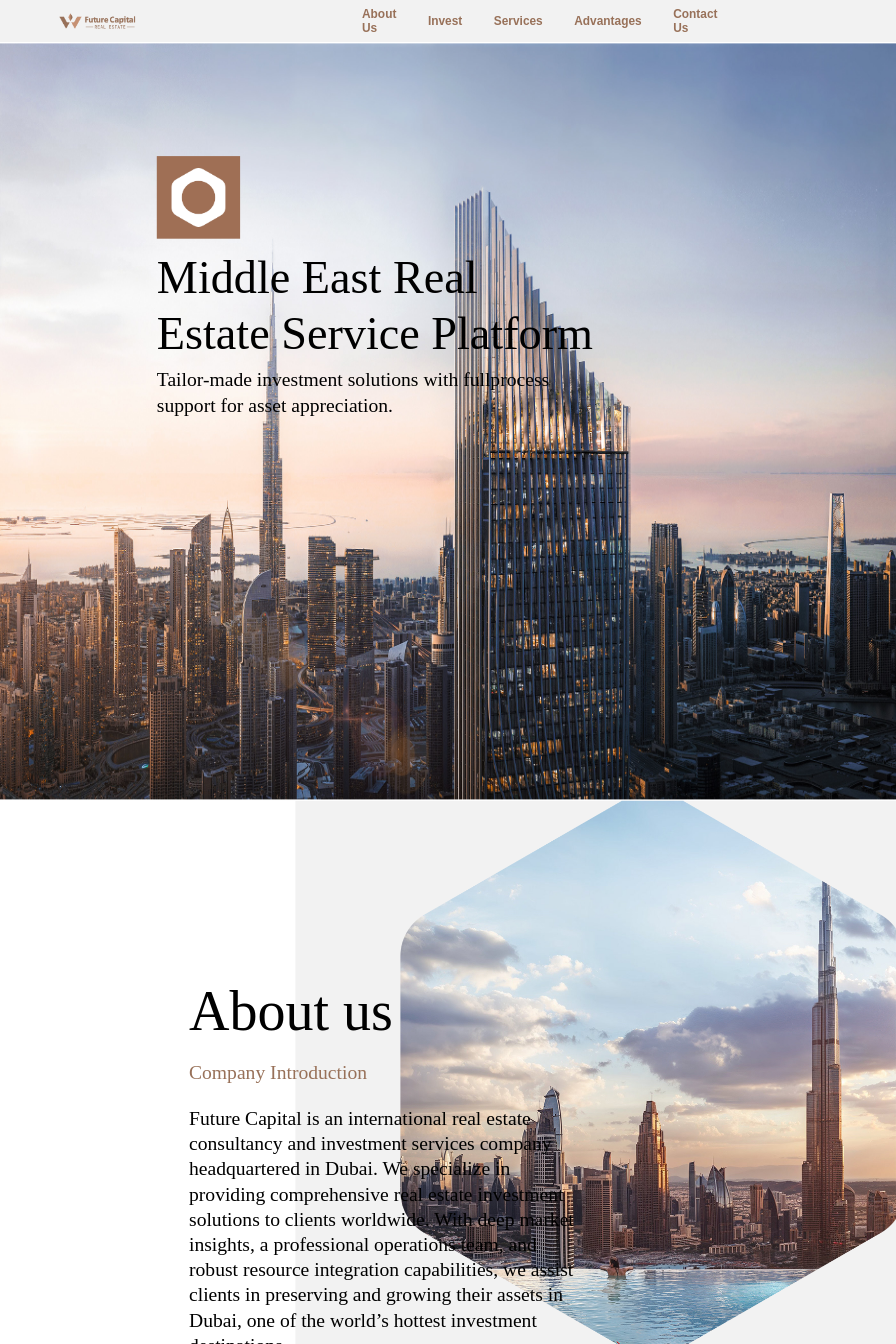
Repository: hcliu987/FutureCapital
Page: /
The author's editor kept a copy of each file at every save. The page is drawn from the files as they stood at one save, then again after the next save.
The browser window is 1280 px wide. The pictures show the part of the page from y = 0 to 1920 px (the page is 8610 px tall), at 70% of full size.
The project was rebuilt for these pictures with package versions that can differ from the ones it lists, and the page was loaded fresh each time. Also part of the build but not shown: vue.config.js.

Above is the page before, as saved 2025-01-18 14:05:38.

### src/App.vue
<template>
  <homePage />
</template>

<script setup>
import homePage from "./components/homePage.vue";
</script>

<style>
html,
body {
  margin: 0;
}
</style>

### src/components/homePage.vue
<template>
  <div class="homePage">
    <div class="nav">
      <div class="left">
        <img class="toplogo" src="@/assets/logo.png" />
      </div>
      <div class="right">
        <div><a href="#aboutUs">About Us</a></div>
        <div><a href="#invest">Invest</a></div>
        <div><a href="#services">Services</a></div>
        <div><a href="#advantages">Advantages</a></div>
        <div><a href="#contactUs">Contact Us</a></div>
      </div>
    </div>
    <div class="aboutUs" id="aboutUs">
      <img class="img_bg" src="@/assets/aboutUs_bg1.jpg" />
      <img class="logo" src="@/assets/aboutUs_logo.png" />
      <div class="title">Middle East Real</div>
      <div class="title">Estate Service Platform</div>
      <div class="subInfo m1">
        Tailor-made investment solutions with fullprocess
      </div>
      <div class="subInfo">support for asset appreciation.</div>
    </div>
    <div class="aboutUs2">
      <div class="left"></div>
      <div class="right">
        <img src="@/assets/aboutUs_bg2.png" />
      </div>
      <div class="con_txt">
        <div class="title">About us</div>
        <div class="subtitle">Company Introduction</div>
        <div class="intro">
          Future Capital is an international real estate consultancy and
          investment services company headquartered in Dubai. We specialize in
          providing comprehensive real estate investment solutions to clients
          worldwide. With deep market insights, a professional operations team,
          and robust resource integration capabilities, we assist clients in
          preserving and growing their assets in Dubai, one of the world’s
          hottest investment destinations.
        </div>
      </div>
    </div>
    <div class="aboutUs3">
      <div class="left">
        <img src="@/assets/aboutUs_bg3.png" />
      </div>
      <div class="right"></div>
      <div class="con_txt">
        <div class="title">Company Vision</div>
        <div class="line"></div>
        <div class="info">
          Whether you are looking for an ideal home or exploring high-yield
          investment opportunities, Future Capital is committed to a
          customer-first philosophy. <br /><br />
          We deliver tailored investment support through exceptional service
          quality and forward-thinking market analysis, ensuring a personalized
          experience for every client.
        </div>
      </div>
    </div>
    <div class="invest" id="invest">
      <div class="top">
        <div class="title">New Opportunities</div>
        <div class="title">for Global Asset Allocation</div>
        <div class="line"></div>
      </div>
      <div class="bottom">
        <div class="row">
          <div class="item">
            <div class="pre">0%</div>
            <div class="text">
              Tax Incentives: Zero personal income tax.Zero capital gains tax.
            </div>
          </div>
          <div class="item">
            <div class="pre">6%-8%</div>
            <div class="text">
              Leading Investment Returns:The real estate market offers an
              average annual rental yield of 6%-8%.
            </div>
          </div>
          <div class="item">
            <div class="pre">12%</div>
            <div class="text">
              High-End Residential Growth:Luxury residential projects boast an
              annual sales growth rate exceeding 12%.
            </div>
          </div>
        </div>
        <div class="row">
          <div class="item">
            <div class="pre">100%</div>
            <div class="text">
              Non-UAE investors can achieve 100% foreign ownership.
            </div>
          </div>
          <div class="item">
            <div class="pre">80%</div>
            <div class="text">
              Over 80% of the population in Dubai consists of expatriates,
              leading to steadily growing housing demand.
            </div>
          </div>
          <div class="item">
            <div class="pre">60%</div>
            <div class="text">
              Located at the intersection of Europe, Asia, and Africa, 60% of
              global markets are within an 8-hour flight radius.
            </div>
          </div>
        </div>
        <div class="btext m1">
          Dubai, as a world-leading international metropolis, serves not only as
          the economic and trade hub of
        </div>
        <div class="btext">
          the Middle East but also as a focal point for global investors.
        </div>
      </div>
    </div>
    <div class="services" id="services">
      <div class="top">
        <div class="line"></div>
        <div class="item">
          <div class="title">Our Services</div>
          <div>
            Assist the rental of of primary and secondary commercial/residential
            properties.
          </div>
          <div>
            Assist the rental of of primary and secondary commercial/residential
            properties.
          </div>
        </div>
      </div>
      <div class="imgs">
        <img class="img1" src="@/assets/services_bg1.png" />
        <img class="img2" src="@/assets/services_bg2.png" />
      </div>
    </div>
    <div class="advantages1" id="advantages">
      <img src="@/assets/advantages_bg1.jpg" />
      <div class="title">Our Advantages</div>
    </div>
    <div class="advantages2">
      <div class="top">
        <div class="item">
          <div class="title">Company Introduction</div>
          <div class="info">
            A professional real estate consultancy team offering accurate market
            analysis and expert advice.
          </div>
        </div>
        <div class="item h1">
          <div class="title">High-End Resource Integration</div>
          <div class="info">
            Collaborating with Dubai’s top developers, such as EMAAR, Nakheel,
            and DAMAC, to provide exclusive properties and premium resources.
          </div>
        </div>
        <div class="item h1">
          <div class="title">Customer First</div>
          <div class="info">
            Placing client needs at the core, delivering full process,
            comprehensive support from property selection to investment
            implementation.
          </div>
        </div>
        <div class="item">
          <div class="title">Global Perspective</div>
          <div class="info">
            Serving clients worldwide, including investors from China, the UK,
            India, Europe, and Gulf countries.
          </div>
        </div>
      </div>
      <div class="img">
        <img src="@/assets/advantages_bg2.png" />
      </div>
    </div>
    <div class="contact" id="contactUs">
      <div class="left">
        <img src="@/assets/contact_bg2.png" />
      </div>
      <div class="right">
        <img src="@/assets/contact_bg1.png" />
      </div>
      <div class="content">
        <div class="title">
          <img src="@/assets/aboutUs_logo.png" />
          <div class="text">Contact US</div>
        </div>
        <div class="info">
          Thank you for your interest and trust in us! For more information
          about our projects or to discuss any inquiries and collaboration
          opportunities, feel free to reach out to our professional team. You
          can contact us through the following channels, and we look forward to
          providing you with the best service.
        </div>
        <div class="detail">
          <div class="key">Phone</div>
          <div class="value">+971 50 350 8883</div>
        </div>
        <div class="detail">
          <div class="key">Email</div>
          <div class="value">michael@futurecapital.ae</div>
        </div>
        <div class="detail">
          <div class="key">Address</div>
          <div class="value">
            3rd Floor Westburry Tower, Al Abraj Street Business Bay, Dubai
          </div>
        </div>
        <div class="end">
          We look forward to working with you to build a better future !
        </div>
      </div>
    </div>
  </div>
</template>

<script setup>
</script>


<style scoped>
.homePage {
  max-width: 1920px;
}
.nav {
  height: 60px;
  background: #f2f2f2;
  display: flex;
  align-items: center;
  justify-content: space-between;
  padding: 0 210px 0 85px;
  margin-bottom: 2px;
}
.nav .left {
  display: flex;
  align-items: center;
}
.nav .left img {
  margin-right: 12px;
}
.nav .right {
  display: flex;
  align-items: center;
  justify-content: end;
  width: 100%;
  font-family: 'Outfit Bold', sans-serif;
}
.nav .right div {
  margin-right: 45px;
  color: #987159;
  cursor: pointer;
  font-size: 16px;
  font-weight: bold;
}
.nav .right a {
  color: #987159;
  text-decoration: none;
  font-size: 17px;
}
.aboutUs {
  width: 100%;
  position: relative;
  min-height: 1080px;
  margin-bottom: 2px;
}
.aboutUs .img_bg {
  max-width: 100%;
  position: absolute;
  min-height: 1080px;
}
.aboutUs .logo {
  width: 118.5px;
  height: 118.5px;
  margin: 160.5px 0 12px 224px;
  position: relative;
  z-index: 1;
}
.nav .left .toplogo{
  width: 25%;
  height: 25%;
}
.aboutUs .title {
  margin-left: 224px;
  font-size: 66px;
  font-weight: 400;
  color: #000;
  line-height: 80px;
  position: relative;
  z-index: 1;
  font-family: ;
}
.aboutUs .subInfo {
  margin-left: 224px;
  font-size: 28px;
  line-height: 36px;
  position: relative;
  z-index: 1;
}
.aboutUs .m1 {
  margin-top: 8px;
}
.aboutUs2 {
  display: flex;
  width: 100%;
  min-height: 1080px;
  position: relative;
  margin-bottom: 2px;
}
.aboutUs2 .left {
  width: 33%;
  background: #fff;
}
.aboutUs2 .right {
  width: 67%;
  background: #f2f2f2;
  text-align: right;
}
.aboutUs2 .right img {
  max-width: 82.5%;
}
.aboutUs2 .con_txt {
  position: absolute;
  top: 260px;
  left: 270px;
  width: 573px;
}
.aboutUs2 .title {
  font-size: 80px;
  line-height: 80px;
  color: #000;
}
.aboutUs2 .subtitle {
  font-size: 28px;
  color: #987159;
  line-height: 36px;
  margin: 30px 0;
}
.aboutUs2 .intro {
  font-size: 28px;
  line-height: 36px;
}
.aboutUs3 .left {
  width: 55.7%;
}
.aboutUs3 {
  display: flex;
  width: 100%;
  position: relative;
  margin-bottom: 2px;
}
.aboutUs3 .right {
  width: 44.3%;
  background: #f2f2f2;
}
.aboutUs3 .con_txt {
  width: 851px;
  height: 678px;
  background: #fff;
  position: absolute;
  top: 110px;
  right: 110px;
  padding: 182px 0 0 132px;
}
.aboutUs3 .con_txt .title {
  font-size: 28px;
  color: #987159;
  line-height: 36px;
  margin-bottom: 66px;
}
.aboutUs3 .con_txt .line {
  height: 1px;
  width: 145px;
  margin-bottom: 38px;
  background: #987159;
}
.aboutUs3 .con_txt .info {
  width: 533px;
  font-size: 28px;
  line-height: 36px;
}
.invest .top {
  height: 360px;
  background: #fff;
  text-align: center;
  display: flex;
  align-items: center;
  flex-direction: column;
  justify-content: center;
}
.invest .top .title {
  font-size: 80px;
  color: #000;
  line-height: 80px;
}
.invest .top .line {
  height: 1px;
  background: #987159;
  width: 773px;
  margin-top: 32px;
}
.invest .bottom {
  height: 600px;
  background: #f2f2f2;
  padding: 90px 200px 30px 328px;
}
.invest .bottom .row {
  display: flex;
  justify-content: space-between;
}
.invest .bottom .row .item {
  height: 215px;
  width: 314px;
  margin-bottom: 40px;
}
.invest .bottom .row .pre {
  font-size: 80px;
  line-height: 80px;
  color: #987159;
  margin-bottom: 7.5px;
}
.invest .bottom .row .text {
  font-size: 20px;
  line-height: 25.2px;
  color: #000;
}
.invest .bottom .btext {
  width: 100%;
  text-align: center;
  font-size: 28px;
  line-height: 36px;
}
.invest .bottom .m1 {
  margin-top: 10px;
}
.services {
  min-height: 1080px;
  background: #fff;
  margin: 2px 0;
}
.services .top {
  height: 232px;
  padding: 150px 120px 150px 150px;
}
.services .top .line {
  width: 466px;
  height: 1px;
  background: #987159;
  margin-bottom: 65px;
}
.services .top .item {
  display: flex;
  align-items: center;
  justify-content: space-between;
  height: 106px;
}
.services .top .item div {
  max-width: 460px;
  font-size: 28px;
  line-height: 36px;
}
.services .top .item .title {
  max-width: 550px;
  font-size: 80px;
}
.services .imgs {
  display: flex;
  width: 100%;
}
.services .imgs .img1 {
  width: 67%;
}
.services .imgs .img2 {
  width: 33%;
}
.advantages1 {
  min-height: 1080px;
  margin-bottom: 2px;
  position: relative;
  display: flex;
  align-items: center;
  justify-content: center;
}
.advantages1 .title {
  font-size: 80px;
  position: relative;
  color: #fff;
  z-index: 1;
}
.advantages1 img {
  min-height: 1080px;
  width: 100%;
  position: absolute;
}
.advantages2 {
  min-height: 1080px;
  background: #fff;
  margin-bottom: 2px;
}
.advantages2 .img {
  height: 488px;
}
.advantages2 .top {
  height: 529px;
  padding: 63px 142px 0 172px;
  display: flex;
  justify-content: space-between;
}
.advantages2 .top .item {
  width: 332px;
}
.advantages2 .top .h1 {
  width: 345px;
}
.advantages2 .top .title {
  color: #987159;
  height: 180px;
  font-size: 28px;
  display: flex;
  align-items: flex-end;
  margin-bottom: 40px;
  font-weight: 700;
}
.advantages2 .top .info {
  font-size: 28px;
}
.advantages2 .img img {
  width: 100%;
  height: 100%;
}
.contact {
  display: flex;
  position: relative;
}
.contact .left {
  background: #f2f2f2;
  width: 50%;
  display: flex;
  align-items: center;
}
.contact .left img {
  max-width: 22%;
  position: relative;
  z-index: 1;
}
.contact .right {
  width: 50%;
  background: #987159;
  display: flex;
  align-items: center;
  justify-content: end;
}
.contact .right img {
  max-width: 60%;
}
.contact .content {
  width: 870px;
  height: 613px;
  position: absolute;
  top: 108px;
  left: 194px;
  background: #fff;
  padding: 129px 65px 120px 100px;
}
.contact .content .title {
  display: flex;
  align-items: flex-end;
  margin-bottom: 80px;
}
.contact .content img {
  width: 118px;
  height: 118px;
}
.contact .content .title .text {
  font-size: 80px;
  line-height: 80px;
  margin-left: 93px;
}
.contact .content .info {
  font-size: 28px;
  line-height: 36px;
  margin-bottom: 30px;
}
.contact .content .detail {
  display: flex;
  margin-bottom: 16px;
}
.contact .content .key,
.contact .content .value {
  min-width: 119px;
  font-size: 22px;
  color: #987159;
  line-height: 30px;
}
.contact .content .value {
  color: #000;
}
.contact .content .end {
  font-size: 28px;
  line-height: 36px;
  text-align: center;
  margin-top: 50px;
}
</style>

Loaded but not shown: public/index.html (common file); src/main.js (common file)

After the next save:
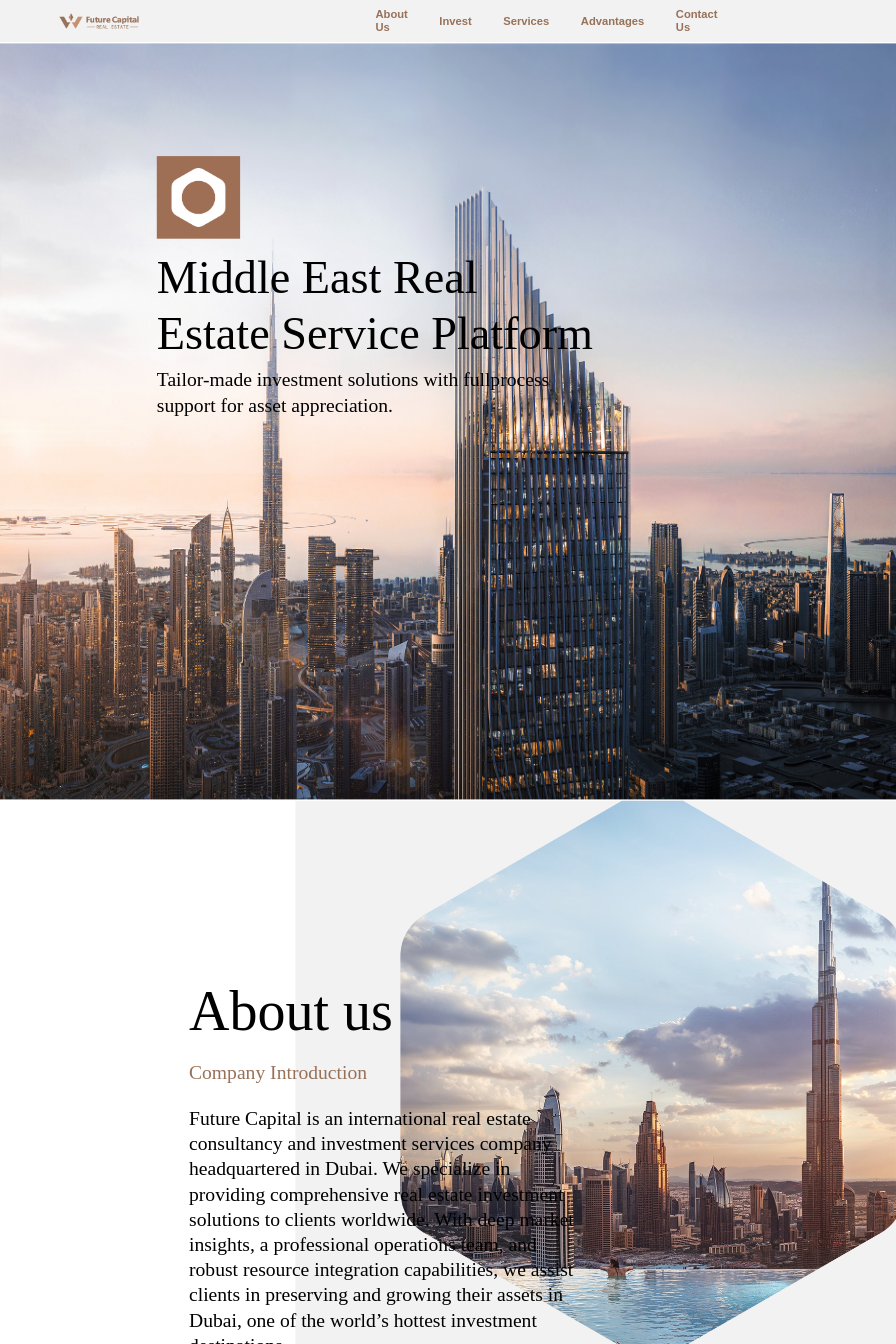
Saved 40 s later.
--- a/src/components/homePage.vue
+++ b/src/components/homePage.vue
@@ -261,7 +261,6 @@
 .nav .right a {
   color: #987159;
   text-decoration: none;
-  font-size: 17px;
 }
 .aboutUs {
   width: 100%;
